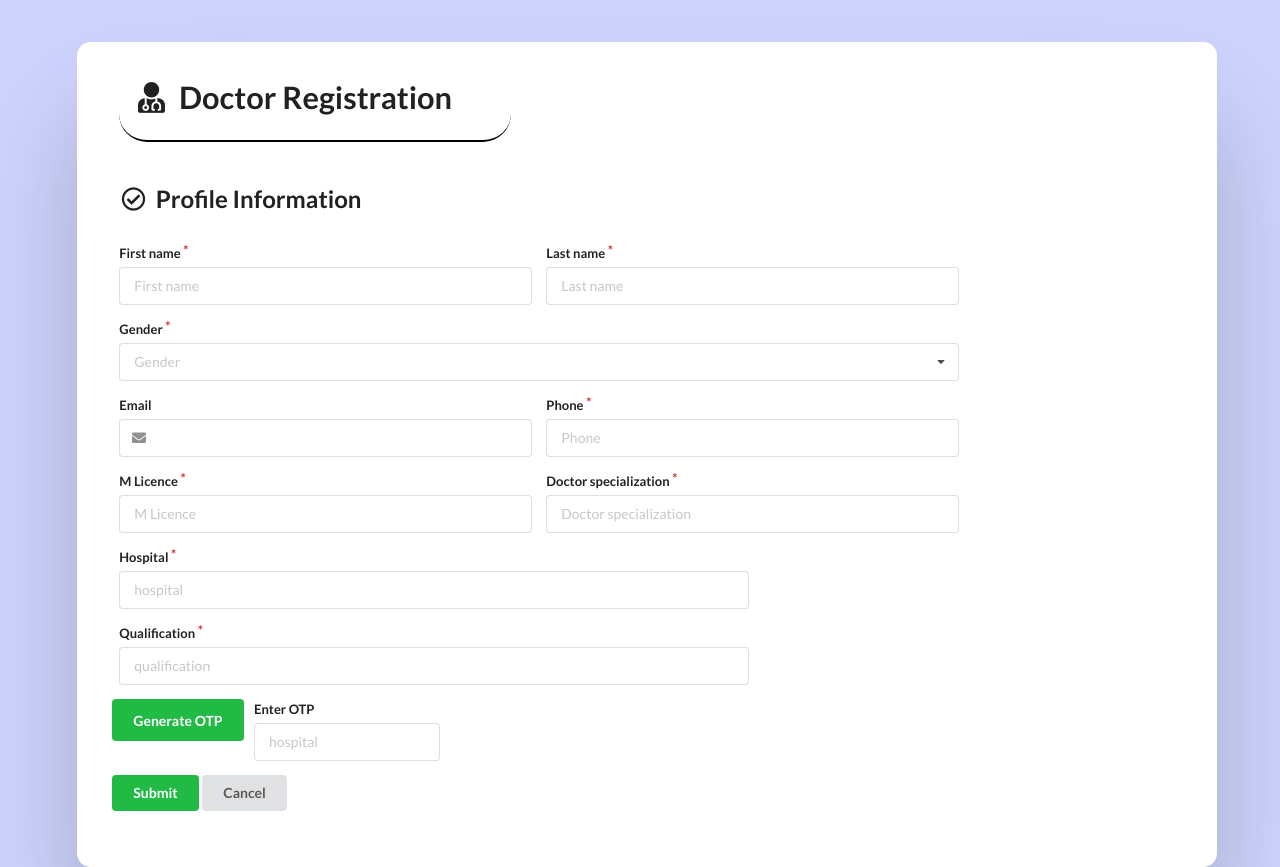
Repository: ajayaj2001/healthcare-digitization
Page: /doctorRegister
An editor plug-in stored every save of this project. The page is shown before and after the next save, followed by the edit.
The browser window is 1280 px wide. The pictures show the whole page.
The project was rebuilt for these pictures with package versions that can differ from the ones it lists, and the page was loaded fresh each time. Also part of the build but not shown: src/component/userType/UserType.scss, src/component/userType/UserType.js, src/component/login/Login.scss, src/component/login/loginForm/LoginForm.scss, src/component/login/loginForm/LoginForm.js, src/component/login/Login.js, src/component/register/Register.scss, src/component/register/registerForm/RegisterForm.scss and 2 more.

Above is the page before, as saved 2021-03-13 13:44:35.

### public/index.html
<!DOCTYPE html>
<html lang="en">

<head>
  <meta charset="utf-8" />
  <meta name="viewport" content="width=device-width, initial-scale=1" />
  <meta name="theme-color" content="#000000" />
  <meta name="description" content="Web site created using create-react-app" />
  <link rel="stylesheet" href="https://fonts.googleapis.com/css?family=Roboto:300,400,500,700&display=swap" />
  <link rel="stylesheet" href="https://fonts.googleapis.com/icon?family=Material+Icons" />

  <!--
      manifest.json provides metadata used when your web app is installed on a
      user's mobile device or desktop. See https://developers.google.com/web/fundamentals/web-app-manifest/
    -->
  <!-- <link rel="manifest" href="%PUBLIC_URL%/manifest.json" /> -->
  <!--
      Notice the use of %PUBLIC_URL% in the tags above.
      It will be replaced with the URL of the `public` folder during the build.
      Only files inside the `public` folder can be referenced from the HTML.

      Unlike "/favicon.ico" or "favicon.ico", "%PUBLIC_URL%/favicon.ico" will
      work correctly both with client-side routing and a non-root public URL.
      Learn how to configure a non-root public URL by running `npm run build`.
    -->
  <title>medical</title>
</head>

<body>
  <noscript>You need to enable JavaScript to run this app.</noscript>
  <div id="root"></div>
  <!--
      This HTML file is a template.
      If you open it directly in the browser, you will see an empty page.

      You can add webfonts, meta tags, or analytics to this file.
      The build step will place the bundled scripts into the <body> tag.

      To begin the development, run `npm start` or `yarn start`.
      To create a production bundle, use `npm run build` or `yarn build`.
    -->
</body>

</html>

### src/index.js
import React from 'react';
import ReactDOM from 'react-dom';
import './index.scss';
import App from './component/app/App';
import 'semantic-ui-css/semantic.min.css'


ReactDOM.render(
  // <React.StrictMode>
    <App />
  // </React.StrictMode>
  ,
  document.getElementById('root')
);

### src/index.scss
code {
  font-family: source-code-pro, Menlo, Monaco, Consolas, "Courier New", monospace;
}
@mixin respond($breakpoint) {
  @if $breakpoint == phone {
    @media (max-width: 37.5em) {
      @content;
    }
  }

  @if $breakpoint == tab-land {
    @media (max-width: 75em) {
      @content;
    }
  }
  @if $breakpoint == tab-port {
    @media (max-width: 56.25em) {
      @content;
    }
  }
  @if $breakpoint == big-desktop {
    @media (min-width: 112.5em) {
      @content;
    }
  }
}

*,
*::after,
*::before {
  margin: 0;
  padding: 0;
  box-sizing: inherit;
}
body {
  font-family: "Lato", sans-serif;
  font-weight: 400;
  font-size: 16px;
  line-height: 1.7;
  color: #777;
  //padding: 30px;
  box-sizing: border-box;
  @include respond(tab-port) {
    padding: 0;
  }
}

html {
  font-size: 62.5%; //1rem=10px 10px/16px=62.5%
  @include respond(tab-land) {
    //width <1200
    font-size: 56.25%; //1rem=9px
  }
  @include respond(tab-port) {
    //<width <900
    font-size: 50%; //1rem=8px
  }
  // @include respond(phone) {
  //     //<width<600
  //     font-size: 40%; //1rem=4.8px
  // }
  @include respond(big-desktop) {
    //>1200
    font-size: 75%; //1rem=12
  }
}

### src/component/app/App.js
import './App.scss';

import UserType from "../userType/UserType";
import Login from '../login/Login';
import Register from '../register/Register';
import { BrowserRouter as Router,Route,Switch } from 'react-router-dom';
import DoctorRegister from '../doctorRegister/DoctorRegister';

function App() {
  return (
    <Router>
       <Switch>
          <Route path="/login">
           <Login/>
          </Route>
          <Route path="/register">
           <Register/>
          </Route>
          <Route path="/doctorRegister">
            <DoctorRegister/>
          </Route>
          <Route path="/">
            <UserType/>
          </Route>

        </Switch>
    {/* <div className="App">
    </div> */}
    </Router>
  );
}

export default App;

### src/component/doctorRegister/DoctorRegister.js
import React from 'react'
import './DoctorRegister.scss'
import DoctorRegisterForm from './doctorRegisterForm/DoctorRegisterForm'
import {  Icon } from 'semantic-ui-react'

const DoctorRegister = () => {
    return (
        <div className="doctorRegister__container">
            <div className="doctorRegister__main">
                <h1 className="doctorRegister__heading"><Icon name="user doctor"/> Doctor Registration</h1>
                <div className="doctorRegister__subheading"><h2><Icon name="check circle outline"/> Profile Information</h2></div>
                <DoctorRegisterForm/>
            </div>
        </div>
    )
}

export default DoctorRegister

### src/component/doctorRegister/DoctorRegister.scss
.doctorRegister{
    &__container{
        margin: 0;
        background-color: #cfd4fe;
        height: 100%;
        display: flex;
        justify-content: center;
        align-items: center;
        padding: 3rem 0rem 0rem 1rem;
    }
    &__main{
        background-color: white;
        width: 90%;
        height: 100%;
        border-radius: 1rem;
        align-items: center;
        overflow: hidden;
        box-shadow: 0 5rem 8rem rgba(black, 0.2);
        padding: 1rem 3rem 3rem 3rem;
    }
   &__heading{
       font-size: 2.2rem;
       margin: 0rem 0rem 3rem 0rem;
       padding-left: 1rem;
       line-height: 6rem;
       border-bottom: .2rem solid black;
       width: 28rem;
       border-radius: 2rem;

   }
   &__subheading{
       margin-bottom: 2rem;
   }
}

### src/component/doctorRegister/doctorRegisterForm/DoctorRegisterForm.js
import React from 'react'
import { Icon ,Form,Button} from 'semantic-ui-react'
import './DoctorRegisterForm.scss'

const options = [
    { key: 'm', text: 'Male', value: 'male' },
    { key: 'f', text: 'Female', value: 'female' },
    { key: 'o', text: 'Other', value: 'other' },
  ]

const DoctorRegisterForm = () => {

const generateOtp=(event)=>{
    console.log(event);
}


    return (
        <div className="doctorRegisterForm">
            <Form>
    <Form.Group widths='equal'>

      <Form.Input
      fluid label='First name'
      placeholder='First name'
      required
      />
      <Form.Input
      fluid label='Last name'
      placeholder='Last name'
       required
       />

    </Form.Group>
    <Form.Select label="Gender" options={options} placeholder='Gender'  required/>
    <Form.Group widths='equal'>
      <Form.Input
                        fluid
                        id='form-subcomponent-shorthand-input-last-name'
                        label='Email'
                        icon="mail"
                        iconPosition="left"
                        type="email"
                        // onChange={(event) => setEmail(event.target.value)}
                        // value={email}
                    />
      <Form.Input label='Phone' placeholder='Phone' required/>
    </Form.Group>
    <Form.Group widths='equal'>

      <Form.Input
      fluid label='M Licence'
      placeholder='M Licence'
      required
      />
      <Form.Input
      fluid label='Doctor specialization'
      placeholder='Doctor specialization'
       required
       />

    </Form.Group>
    <Form.Input label='Hospital' placeholder='hospital' required  width={12}/>
    <Form.Input label='Qualification' placeholder='qualification' required width={12}/>
    <Form.Group>
    <Button positive onClick={event=>generateOtp(event)} className="doctorRegisterForm__button">Generate OTP</Button>
    <Form.Input label='Enter OTP' placeholder='hospital'   />
    </Form.Group>
    <Form.Group>
    <Button positive >Submit</Button>
    <Button type="submit" >Cancel</Button>
    </Form.Group>
  </Form>
        </div>
    )
}

export default DoctorRegisterForm

### src/component/doctorRegister/doctorRegisterForm/DoctorRegisterForm.scss
.doctorRegisterForm{
    &__heading{
        font-size: 1rem;
    }
    &__button{
        padding-top: 1rem !important;
      height: 3rem;
    }
}

.ui.form{
    width: 60rem;
}

Loaded but not shown: src/component/app/App.scss (no stored copy; drawn as an empty file)

After the next save:
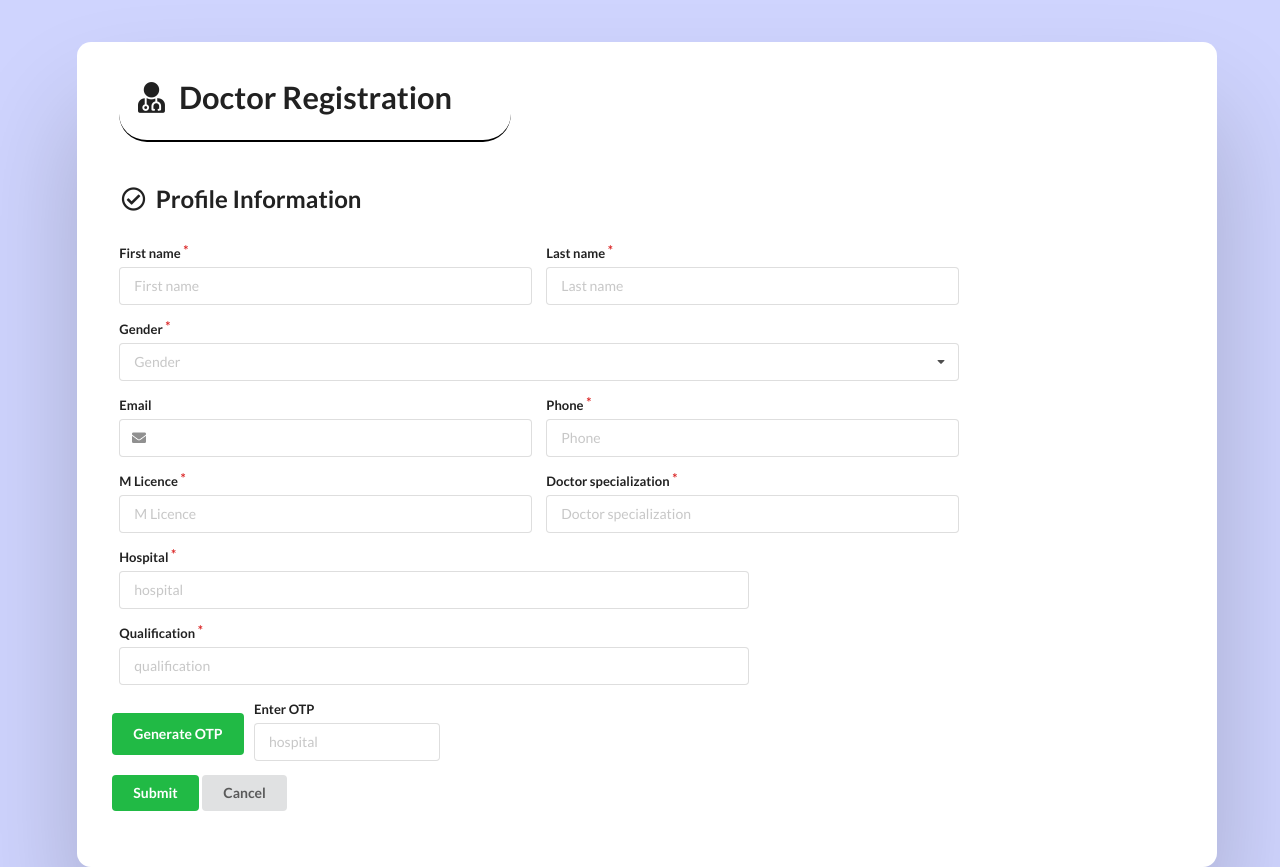
Saved 6 s later.
--- a/src/component/doctorRegister/doctorRegisterForm/DoctorRegisterForm.scss
+++ b/src/component/doctorRegister/doctorRegisterForm/DoctorRegisterForm.scss
@@ -3,7 +3,7 @@
         font-size: 1rem;
     }
     &__button{
-        padding-top: 1rem !important;
+        margin-top: 1rem !important;
       height: 3rem;
     }
 }
